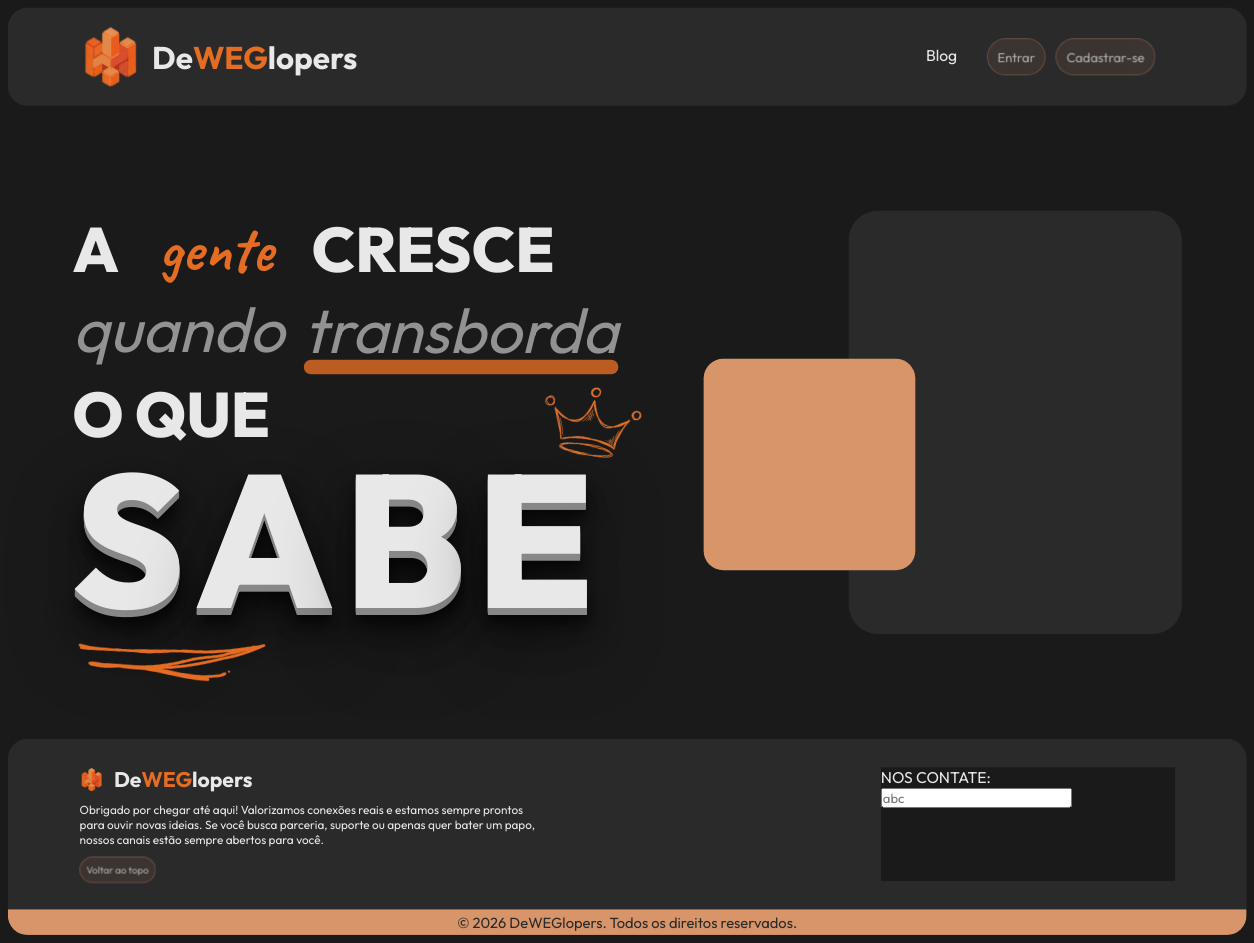
Repository: Pedro-Schulz/Projeto_Liandro
Page: Projeto_Liandro-main/index.html
The author's editor kept a copy of each file at every save. The page is drawn from the files as they stood at one save, then again after the next save.
The browser window is 1280 px wide. The pictures show the whole page, at 98% of full size.

Above is the page before, as saved 2026-05-20 18:21:00.

### Projeto_Liandro-main/index.html
<!DOCTYPE html>
<html lang="pt-br">
<head>
    <meta charset="UTF-8">
    <meta name="viewport" content="width=device-width, initial-scale=1.0">
    <title>Projeto Liandro</title>
    <link rel="stylesheet" href="assets/styles/style.css" type="text/css">
    <link rel="stylesheet" href="assets/styles/paleta.css" type="text/css">
    <script src="assets/js/animations.js" defer></script>

    <!--Link font-->
    <link rel="preconnect" href="https://fonts.googleapis.com">
    <link rel="preconnect" href="https://fonts.gstatic.com" crossorigin>
    <link href="https://fonts.googleapis.com/css2?family=Open+Sans:ital,wght@0,300..800;1,300..800&family=Outfit:wght@100..900&display=swap" rel="stylesheet">
    <link rel="preconnect" href="https://fonts.googleapis.com">
    <link rel="preconnect" href="https://fonts.gstatic.com" crossorigin>
    <link href="https://fonts.googleapis.com/css2?family=Caveat:wght@400..700&display=swap" rel="stylesheet">
</head>
<body>
<header>
    <div class="container">
        <div class="espaco_logo">
            <img src="assets/images/logo2.png">
            <h1>De<span>WEG</span>lopers</h1>
        </div>
        <div class="menu">
            <a link="">Blog</a>
        </div>
        <div class="div_login">
            <button>Entrar</button>
            <button>Cadastrar-se</button>
        </div>
    </div>
</header>

<div class="container">
    <section class="cont_init">
        <div class="frase">
            <h1 class="line1 reveal">A <span>gente</span> cresce</h1>
            <div class="line2 reveal"><h1>quando</h1><a>transborda</a></div>
            <h1 class="line3 reveal">o que</h1>
            <h1 class="line4 reveal">
                <img class="rabisco" src="assets/images/rabisco.png">
                <span>s</span>
                <span>a</span>
                <span>b</span>
                <span>e</span>
                <img class="coroa" src="assets/images/coroa.png">
            </h1>
        </div>
        <div class="conteudo_demo">
            <div class="aplicacao">

            </div>
            <div class="comentario">

            </div>
        </div>
    </section>

</div>

<footer>
    <div class="container">
        <div class="info">
            <div class="espaco_logo">
                <img src="assets/images/logo2.png">
                <h1>De<span>WEG</span>lopers</h1>
            </div>
            <p>Obrigado por chegar até aqui! Valorizamos conexões reais e estamos sempre prontos<br>
                para ouvir novas ideias. Se você busca parceria, suporte ou apenas quer bater um papo,<br>
                nossos canais estão sempre abertos para você.</p>
            <button onclick="window.scrollTo({top: 0, behavior: 'smooth'}); return false;">Voltar ao topo</button>
        </div>
        <div class="contato">
            <label for="campo_contato">NOS CONTATE:</label>
            <input id="campo_contato" type="text" placeholder="abc">
        </div>
    </div>
    <div class="copyrigth">© 2026 DeWEGlopers. Todos os direitos reservados.</div>
</footer>
</body>
</html>

### Projeto_Liandro-main/assets/styles/style.css
@import url('./paleta.css');

@keyframes expandirLinha {
    0% { width: 0; }
    100% { width: 100%; }
}
@keyframes afundar {
    0% {
        transform: translateY(0);
    }
    100% {
        transform: translateY(12px);
        text-shadow:
            0 1px 0 var(--text-tertiary),
            0 2px 0 var(--text-tertiary),
            1px 4px 5px rgba(0, 0, 0, 0.3);
    }
}

/* ============================================
   GERAL
============================================ */
* {
    box-sizing: border-box;
    margin: 0;
    padding: 0;
    font-family: "Outfit", sans-serif;
    color: var(--text-primary);
}

body {
    display: flex;
    flex-direction: column;
    background-color: var(--bg-primary);
}

a {
    position: relative;
    display: inline-block;
    text-decoration: none;
    color: inherit;
    padding-bottom: 5px;
    z-index: 1;
    cursor: pointer;
}

a::after {
    content: "";
    height: 3px;
    background-color: var(--color-orange);
    border-radius: 10px;
    position: absolute;
    bottom: 0;
    left: 0;
    z-index: -1;
    width: 0;
    transition: width 0.4s ease-in-out;
}

a:hover::after {
    width: 100%;
    transition: 0.5s ease-in-out;
}

.container {
    display: flex;
    justify-content: space-between;
    align-items: center;
    width: 90%;
    height: 100%;
    margin: 0 auto;
    padding: 10px;
}

button {
    padding: 10px;
    color: var(--text-secondary);
    background-color: rgba(216, 149, 106, 0.1);
    border-radius: var(--radius-button);
    border: 1px solid rgba(216, 149, 106, 0.3);
    backdrop-filter: blur(10px);
    cursor: pointer;
    transition: all 250ms ease-in-out;
    width: fit-content;
}

button:hover {
    background-color: rgba(216, 149, 106, 0.2);
    border-color: rgba(216, 149, 106, 0.5);
    box-shadow: 0 4px 8px rgba(0, 0, 0, 0.2);
    transform: scale(1.05);
}

button:active {
    transform: scale(0.95);
}

header,
footer {
    background-color: var(--bg-secondary);
    display: flex;
    align-items: center;
    width: auto;
    margin: 8px;
    border-radius: 20px;
}

/* ============================================
   HEADER
============================================ */
header {
height: 100px;
}

.espaco_logo {
    display: flex;
    align-items: center;
    justify-content: center;
    height: 80%;
    width: fit-content;
    gap: 10px;
}

.espaco_logo img {
    height: 100%;
    aspect-ratio: 1 / 1;
}

.espaco_logo h1 {
    margin: 0;
}

.espaco_logo h1 span {
    color: var(--color-orange);
}

.menu {
    display: flex;
    gap: 10px;
    margin: 0 30px 0 auto;
}

.div_login {
    display: flex;
    gap: 10px;
    margin-right: 20px;
}

/* ============================================
   FRASE DIV
============================================ */

.frase {
    display: flex;
    flex-direction: column;
    align-items: flex-start;
    gap: 12px;
    padding: 100px 0;
}

.frase h1 {
    font-size: 5vw;
    line-height: 0.9;
    margin: 0;
}

.line1 {
    display: flex;
    gap: 40px;
    font-weight: 800;
    text-transform: uppercase;
}

.line1 span {
    color: var(--color-orange);
    font-family: "Caveat", cursive;
    text-transform: lowercase;
}

.line2 {
    display: flex;
    align-items: center;
    justify-content: center;
    gap: 20px;
}

.line2 a::after {
    height: 15px;
}

.line2.reveal.active a::after {
    width: 100%;
    animation: expandirLinha 1.5s cubic-bezier(0.65, 0, 0.35, 1) forwards;
}

.line2 a,
.line2 h1 {
    font-size: 5vw;
    font-weight: 400;
    font-style: italic;
    opacity: 0.8;
    color: var(--text-secondary);
    text-decoration: none;
    position: relative;
    padding-bottom: 5px;
    text-transform: lowercase;
}

.line3 {
    text-transform: uppercase;
    font-weight: 800;
}

.frase .line4 {
    display: flex;
    gap: 10px;
    position: relative;
    font-size: 15vw;
    font-weight: 800;
    text-transform: uppercase;
    text-shadow:
        0 1px 0 var(--text-tertiary),
        0 2px 0 var(--text-tertiary),
        0 3px 0 var(--text-tertiary),
        0 4px 0 var(--text-tertiary),
        0 5px 0 var(--text-tertiary),
        0 6px 0 var(--text-tertiary),
        0 7px 0 var(--text-tertiary),
        0 8px 0 var(--text-tertiary),
        1px 15px 10px rgba(0, 0, 0, 0.4),
        1px 20px 20px rgba(0, 0, 0, 0.3),
        1px 25px 40px rgba(0, 0, 0, 0.3),
        1px 30px 80px rgba(0, 0, 0, 0.4);
}

.line4 span {
    display: inline-block;
    transition: all 0.2 ease;
}

.line4 span:hover {
    animation: afundar 0.7s ease-out forwards;
}

.line4 .rabisco {
    height: 200px;
    width: auto;
    position: absolute;
    top: 65%;
    transform: rotate(5deg);
}

.line4 .coroa {
    height: 100px;
    width: auto;
    position: absolute;
    left: 90%;
    bottom: 90%;
    transform: rotate(10deg);
}

/* ============================================
   CONTEÚDO INÍCIO
============================================ */
.cont_init {
    display: flex;
    align-items: center;
    justify-content: space-between;
    height: auto;
    width: 100%;
}
.conteudo_demo {
    height: 60vh;
    width: 30%;
    border-radius: 30px;
    background-color: var(--bg-secondary);
    position: relative;
}
.aplicacao {
    width: 100%;
    height: 100%;
}
.comentario {
    height: 30vh;
    aspect-ratio: 1 / 1;
    position: absolute;
    bottom: 15%;
    right: 80%;
    background-color: var(--color-warm-orange);
    border-radius: 20px;
}

/* ============================================
   FOOTER
============================================ */
footer {
    display: flex;
    flex-direction: column;
    height: 200px;
    overflow: hidden;
}
footer .info {
    display: flex;
    flex-direction: column;
    gap: 10px;
}
footer .espaco_logo img {
    height: 25px;
    width: auto;
}
footer .espaco_logo h1 {
    font-size: 3vh;
}
footer button {
    font-size: 10px;
    padding: 6px;
}
footer p {
    font-size: 12px;
}
footer .contato {
    background-color: var(--bg-primary);
    height: 75%;
    width: 300px;
}
.copyrigth {
    height: 30px;
    width: 100%;
    margin-top: auto;
    background-color: var(--color-warm-orange);
    color: var(--text-dark);
    display: flex;
    align-items: center;
    justify-content: center;
    font-size: 15px;
}

/* ============================================
   EFECTS
============================================ */
.reveal {
    opacity: 0;
    transform: translateX(-20px);
    transition: all 0.8s ease-out;
}

.reveal.active {
    opacity: 1;
    transform: translateX(0);
}

### Projeto_Liandro-main/assets/styles/paleta.css
:root {
  /* ============================================
     CORES PRINCIPAIS - LARANJA
     ============================================ */
  --color-warm-orange: #d8956a;
  --color-orange: #e46d23;

  /* ============================================
     CORES PRINCIPAIS - NEUTROS (Preto/Cinza)
     ============================================ */
  --color-charcoal-black: #1a1a1a;
  --color-dark-gray: #2a2a2a;
  --color-medium-gray: #4a4a4a;
  --color-light-gray: #e8e8e8;

  /* ============================================
     BACKGROUNDS
     ============================================ */
  --bg-primary: #1a1a1a;
  --bg-secondary: #2a2a2a;
  --bg-tertiary: #4a4a4a;

  /* ============================================
     TEXTOS
     ============================================ */
  --text-primary: #e8e8e8;
  --text-secondary: #b0b0b0;
  --text-tertiary: #888888;
  --text-dark: #2a2a2a;

  /* ============================================
     ACCENTS & DESTAQUES
     ============================================ */
  --accent-primary: #d8956a;
  --accent-secondary: #e8b89a;
  --accent-hover: #c07d52;
  --accent-active: #a86844;

  /* ============================================
     SEMANTIC COLORS
     ============================================ */
  --color-success: #6db584;
  --color-warning: #e8a547;
  --color-error: #c85a54;
  --color-info: #5b8fb8;

  /* ============================================
     BORDERS & DIVIDERS
     ============================================ */
  --border-color: #3d3d3d;
  --border-light: #5d5d5d;
  --divider: #2a2a2a;

  /* ============================================
     SHADOWS
     ============================================ */
  --shadow-sm: 0 2px 4px rgba(0, 0, 0, 0.3);
  --shadow-md: 0 4px 8px rgba(0, 0, 0, 0.4);
  --shadow-lg: 0 8px 16px rgba(0, 0, 0, 0.5);
  --shadow-xl: 0 12px 24px rgba(0, 0, 0, 0.6);

  /* ============================================
     TRANSITIONS
     ============================================ */
  --transition-fast: 150ms ease-in-out;
  --transition-base: 250ms ease-in-out;
  --transition-slow: 350ms ease-in-out;

  /* ============================================
     BORDER RADIUS
     ============================================ */
  --radius-sm: 4px;
  --radius-md: 8px;
  --radius-lg: 12px;
  --radius-xl: 16px;
  --radius-button: 30px;
  --radius-full: 9999px;

  /* ============================================
     SPACING
     ============================================ */
  --space-xs: 4px;
  --space-sm: 8px;
  --space-md: 16px;
  --space-lg: 24px;
  --space-xl: 32px;
  --space-2xl: 48px;

/* ============================================
   RESPONSIVE
   ============================================ */

@media (max-width: 768px) {
  h1 {
    font-size: 2rem;
  }

  h2 {
    font-size: 1.5rem;
  }

  h3 {
    font-size: 1.25rem;
  }

  .btn {
    padding: 8px 16px;
    font-size: 0.95rem;
  }

  .card {
    padding: var(--space-md);
  }
}

/* ============================================
   KEYFRAMES
   ============================================ */
}

### Projeto_Liandro-main/assets/js/animations.js
const observer = new IntersectionObserver((entries) => {
    entries.forEach(entry => {
        if (entry.isIntersecting) {
            // Adiciona a classe quando entra na tela
            entry.target.classList.add('active');
        } else {
            // Opcional: remove a classe para animar de novo ao subir a página
            entry.target.classList.remove('active');
        }
    });
}, { threshold: 0.1 }); // Dispara quando 10% do item estiver visível

// Seleciona todos os itens que você quer animar
document.querySelectorAll('.reveal').forEach(el => observer.observe(el));

const elements = document.querySelectorAll('.reveal');
elements.forEach(el => observer.observe(el));

// --- Página Login ---

After the next save:
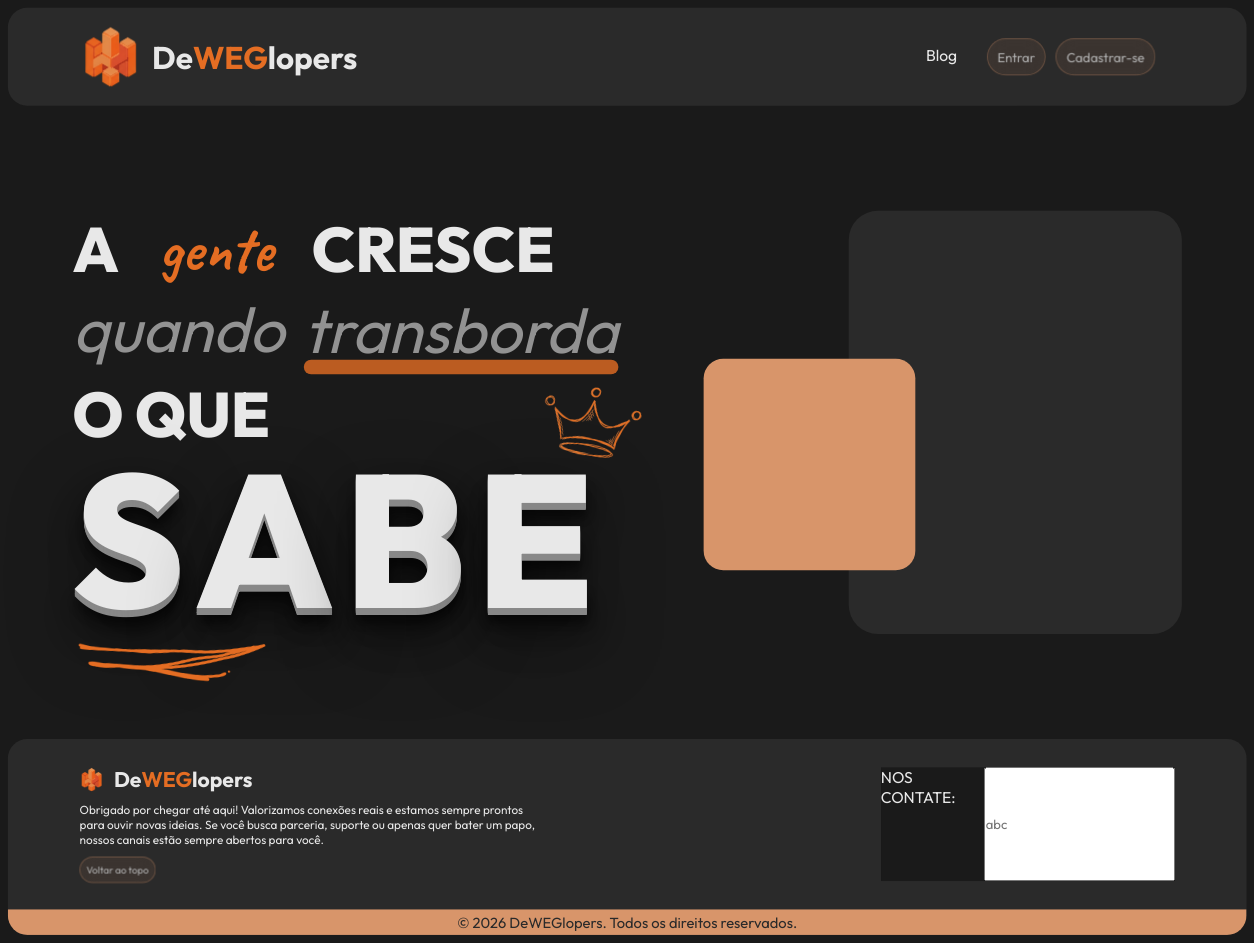
Saved 17 s later.
--- a/Projeto_Liandro-main/assets/styles/style.css
+++ b/Projeto_Liandro-main/assets/styles/style.css
@@ -322,6 +322,8 @@ footer .contato {
     background-color: var(--bg-primary);
     height: 75%;
     width: 300px;
+    display: flex;
+    flex
 }
 .copyrigth {
     height: 30px;
